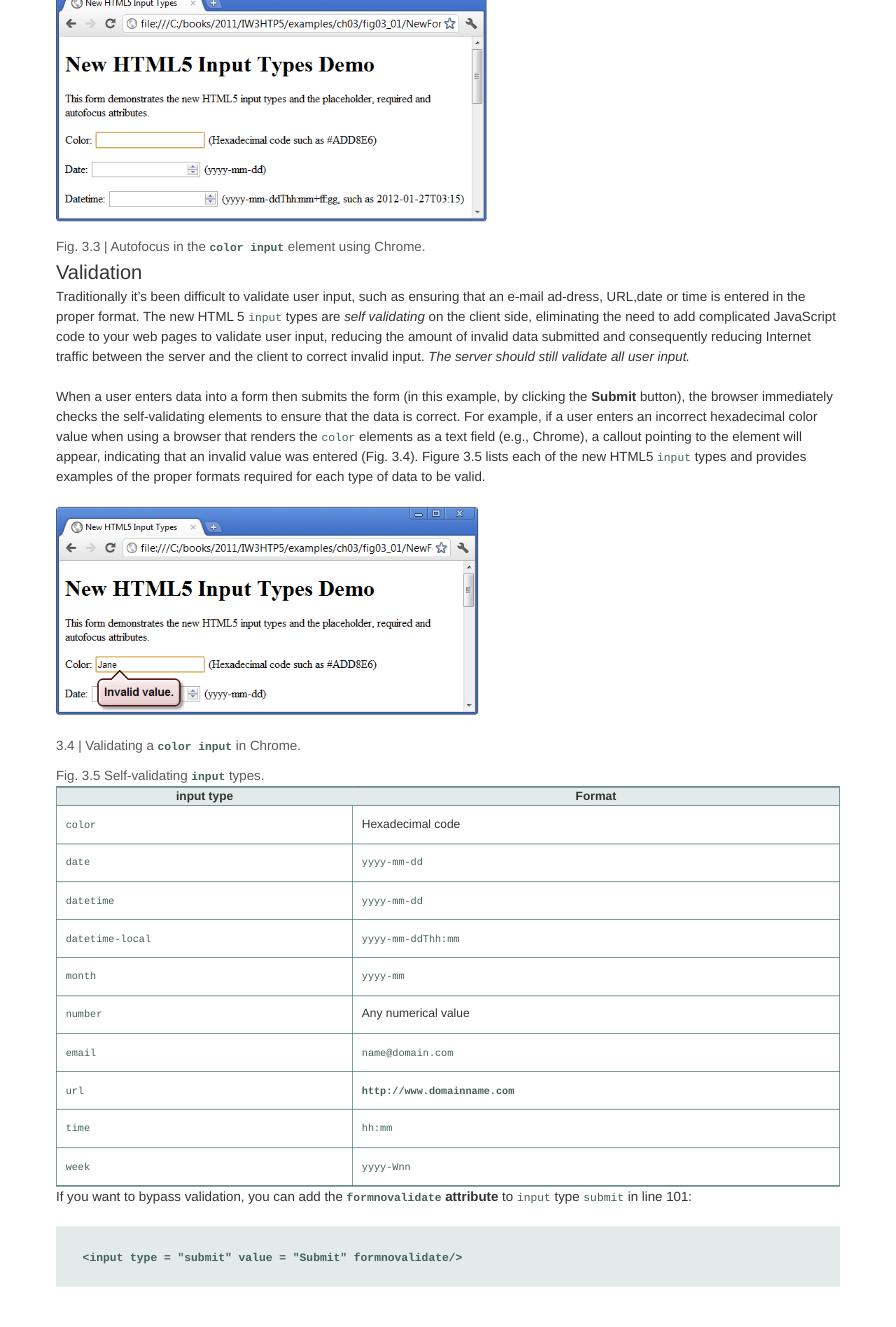
Repository: mlmEFSC21/P4-Textbook-Copy
Page: index.html
The author's editor kept a copy of each file at every save. The page is drawn from the files as they stood at one save, then again after the next save.
The browser window is 1280 px wide. The pictures show the part of the page from y = 903 to 2823 px (the page is 2798 px tall before and 2823 px after), at 70% of full size.

Above is the page before, as saved 2022-02-03 19:02:19.

### index.html
<!DOCTYPE html>
<html lang="en">
    <head>
        <meta charset="UTF-8" />
        <meta http-equiv="X-UA-Compatible" content="IE=edge" />
        <meta name="viewport" content="width=device-width, initial-scale=1.0" />
        <link rel="stylesheet" href="bookStyles.css" />
        <title>Laying Out Book Pages</title>
    </head>
    <header>
        <h1>
            3.2 New HTML5 Form <code><span class="header1">input</span></code> Types
        </h1>
    </header>
    <body>
        <section class="color-input-type">
            <header>
                <h2>3.2.1 <code>input</code> Type <code>color</code></h2>
            </header>
            <p>
                The <code><span class="code-heavy">color input</span></code> type (Fig. 3.1, lines
                20–21) enables the user to enter a color. At the time of this writing, most browsers
                render the <code>color input</code> type as a text field in which the user can enter
                a hexadecimal code or a color name. In the future, when you click a
                <code>color input</code>, browsers will likely display a
                <em>color picker</em> similar to the Microsoft Windows color dialog shown in Fig.
                3.2.
            </p>
            <figure>
                <img src="images\OperaColorInput.png" alt="Microsoft Windows color dialog" />
                <figcaption>Fig. 3.2 | A dialog for choosing colors.</figcaption>
            </figure>
        </section>
        <section class="autofocus-attribute">
            <header>
                <h2><code>autofocus</code> Attribute</h2>
            </header>
            <p>
                The <code><span class="code-heavy">autofocus</span></code>
                <strong>attribute</strong> (Fig. 3.1, line 20)—an optional attribute that can be
                used in only one <code>input</code> element on a form—automatically gives the focus
                to the <code>input</code> element, allowing the user to begin typing in that element
                immediately. Figure 3.3 shows <code>autofocus</code> on the
                <code>color</code> element—the first <code>input</code> element in our form—as
                rendered in Chrome. You do not need to include <code>autofocus</code> in your forms.
            </p>
            <figure>
                <img
                    src="images\Autofocus.png"
                    alt="web page demo of autofocus on a color input field"
                />
                <figcaption>
                    Fig. 3.3 | Autofocus in the
                    <code><span class="code-heavy">color input</span></code> element using Chrome.
                </figcaption>
            </figure>
        </section>
        <section class="input-validation">
            <header>
                <h2>Validation</h2>
            </header>
            <p>
                Traditionally it’s been difficult to validate user input, such as ensuring that an
                e-mail ad-dress, URL,date or time is entered in the proper format. The new HTML 5
                <code>input</code> types are <em>self validating</em> on the client side,
                eliminating the need to add complicated JavaScript code to your web pages to
                validate user input, reducing the amount of invalid data submitted and consequently
                reducing Internet traffic between the server and the client to correct invalid
                input. <em>The server should still validate all user input.</em>
            </p>
            <p>
                When a user enters data into a form then submits the form (in this example, by
                clicking the <strong>Submit</strong> button), the browser immediately checks the
                self-validating elements to ensure that the data is correct. For example, if a user
                enters an incorrect hexadecimal color value when using a browser that renders the
                <code>color</code> elements as a text field (e.g., Chrome), a callout pointing to
                the element will appear, indicating that an invalid value was entered (Fig. 3.4).
                Figure 3.5 lists each of the new HTML5 <code>input</code> types and provides
                examples of the proper formats required for each type of data to be valid.
            </p>
            <figure>
                <img
                    src="images\SelfValidationChrome.png"
                    alt="web page demo of validation preventing a non color input into a color input field"
                />
                <figcaption>
                    <header>
                        <h1 class="fig-cap">
                            3.4 | Validating a
                            <code><span class="code-heavy">color input</span></code> in Chrome.
                        </h1>
                    </header>
                </figcaption>
            </figure>
        </section>
        <section class="self-validating-types">
            <figure>
                <figcaption>
                    Fig. 3.5 Self-validating
                    <code><span class="code-heavy">input</span></code> types.
                </figcaption>
                <table class="validation-table">
                    <thead>
                        <th>input type</th>
                        <th>Format</th>
                    </thead>
                    <tbody>
                        <tr>
                            <td><code>color</code></td>
                            <td>Hexadecimal code</td>
                        </tr>
                        <tr>
                            <td><code>date</code></td>
                            <td><code>yyyy-mm-dd</code></td>
                        </tr>
                        <tr>
                            <td><code>datetime</code></td>
                            <td><code>yyyy-mm-dd</code></td>
                        </tr>
                        <tr>
                            <td><code>datetime-local</code></td>
                            <td><code>yyyy-mm-ddThh:mm</code></td>
                        </tr>
                        <tr>
                            <td><code>month</code></td>
                            <td><code>yyyy-mm</code></td>
                        </tr>
                        <tr>
                            <td><code>number</code></td>
                            <td>Any numerical value</td>
                        </tr>
                        <tr>
                            <td><code>email</code></td>
                            <td><code>name@domain.com</code></td>
                        </tr>
                        <tr>
                            <td><code>url</code></td>
                            <td>
                                <a href="http://www.domainname.com"
                                    ><code>http://www.domainname.com</code></a
                                >
                            </td>
                        </tr>
                        <tr>
                            <td><code>time</code></td>
                            <td><code>hh:mm</code></td>
                        </tr>
                        <tr>
                            <td><code>week</code></td>
                            <td><code>yyyy-Wnn</code></td>
                        </tr>
                    </tbody>
                </table>
            </figure>
            <aside>
                <p>
                    If you want to bypass validation, you can add the
                    <code><span class="code-heavy">formnovalidate</span></code>
                    <strong>attribute</strong> to <code>input</code> type <code>submit</code> in
                    line 101:
                </p>
                <div class="form-no-val">
                    <span class="code-heavy"
                        ><code
                            >&lt;input type = "submit" value = "Submit" formnovalidate/&gt;</code
                        ></span
                    >
                </div>
            </aside>
        </section>
    </body>
</html>

### bookStyles.css
:root {
    --clr-prime: #;
    --clr-font-prime: #333;
    --clr-font-code: #446256;
    --clr-font-links: #275b8a;
    --clr-font-fig-figcap: #585858;
    --clr-table-border: #467273;
    --clr-background: white;
    --clr-background-accent: rgba(70, 114, 115, 0.15);
}
*,
*::before,
*::after {
    margin: 0;
    padding: 0;
    box-sizing: border-box;
}
html {
    font-size: 19px;
    font-family: sans-serif;
}
body {
    font-family: "Helvetica Neue", Helvetica, Arial, "Lucida Grande", sans-serif;
    margin: 57px 0;
    padding: 0 80px;
    padding: auto;
    line-height: 1.5;
    background-color: var(--clr-background);
    color: var(--clr-font-prime);
}
h1 {
    font-size: 2.5em;
    margin-top: 1.15em;
    margin-bottom: 0.6em;
    font-style: normal;
    font-weight: 300;
    line-height: 1.5;
}
h2 {
    font-weight: 400;
}
h1,
code {
    color: var(--clr-font-code);
}
figure figcaption {
    margin-top: 0.75em;
    color: var(--clr-font-fig-figcap);
    font-weight: 300;
}
figure header h1 {
    margin-bottom: 0;
    font-size: 1em;
    color: var(--clr-font-fig-figcap)
    font-weight: 700;
}
code {
    font-family: Courier, "Courier New", monospace;
    font-size: 0.85em;
}
.code-heavy {
    font-weight: 900;
}
p {
    margin-bottom: 1.5em;
}
table {
    width: 100%;
    border-style: solid;
    border-width: 2px 1px 2px;
    border-color: var(--clr-table-border);
    border-radius: 0;
    font-size: .9em;
    line-height: 1.5em;
    border-collapse: collapse;
}
th {
    border-bottom: 1px solid var(--clr-table-border);
}
tbody {
    display: table-row-group;
}
tr {
    display: table-row;
    vertical-align: baseline;
}
table td {
    border: 1px solid var(--clr-table-border);
    padding: 0.75em;
    margin: 0;
    vertical-align: top;
    text-align: left;
}
div {
    padding: 1.5em 0 1.5em 2em;
}
th,
div {
    background-color: var(--clr-background-accent);
}
a {
    color: var(--clr-font-links);
    text-decoration: none;
    font-weight: 700;
    cursor: pointer;
}

After the next save:
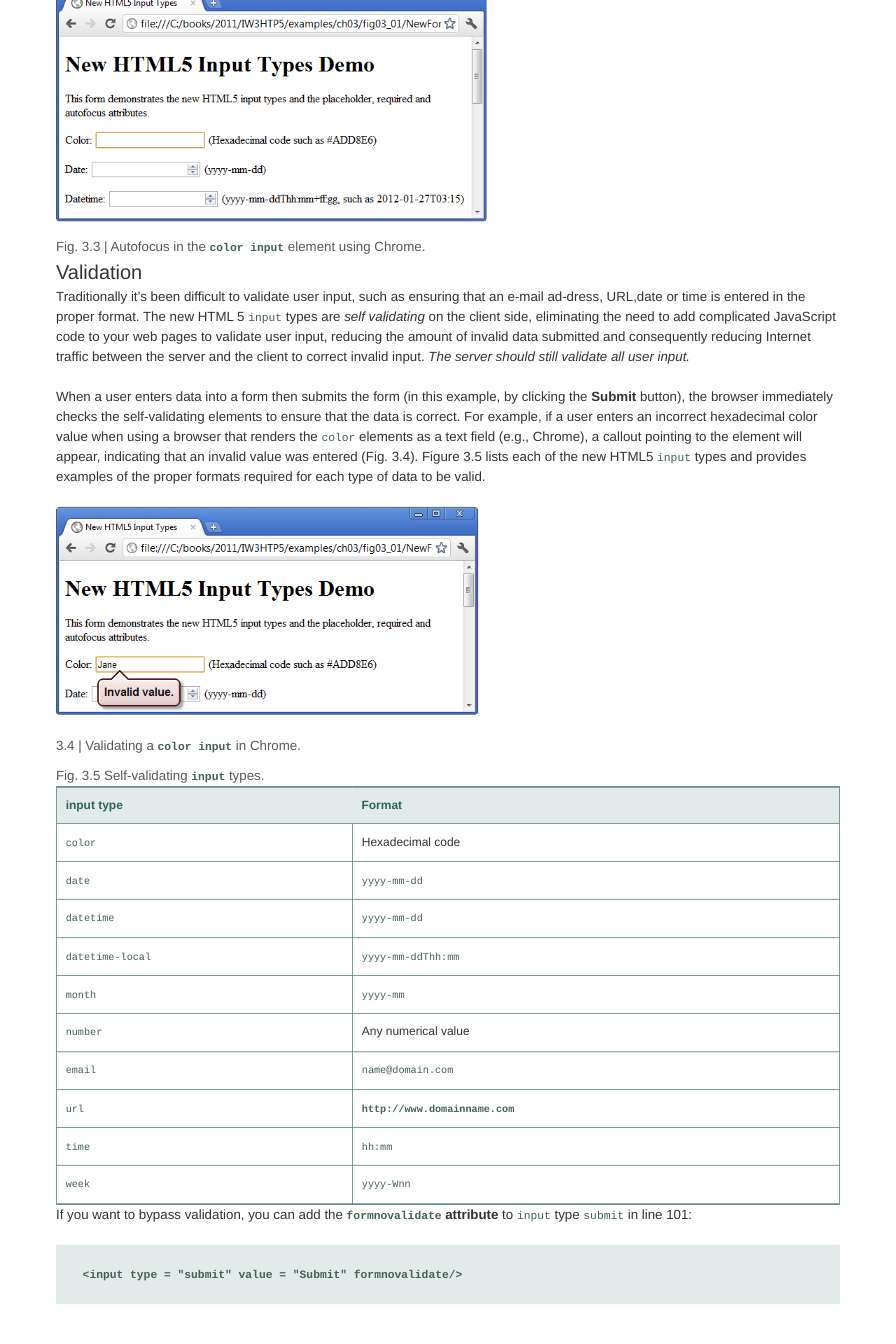
Saved 7 min 8 s later.
--- a/bookStyles.css
+++ b/bookStyles.css
@@ -74,7 +74,14 @@ table {
     line-height: 1.5em;
     border-collapse: collapse;
 }
-th {
+table th {
+    padding: 0.75em;
+    margin: 0;
+    vertical-align: top;
+    text-align: left;
+    color: #2C6655;
+    font-style: normal;
+    font-weight: 600;
     border-bottom: 1px solid var(--clr-table-border);
 }
 tbody {
